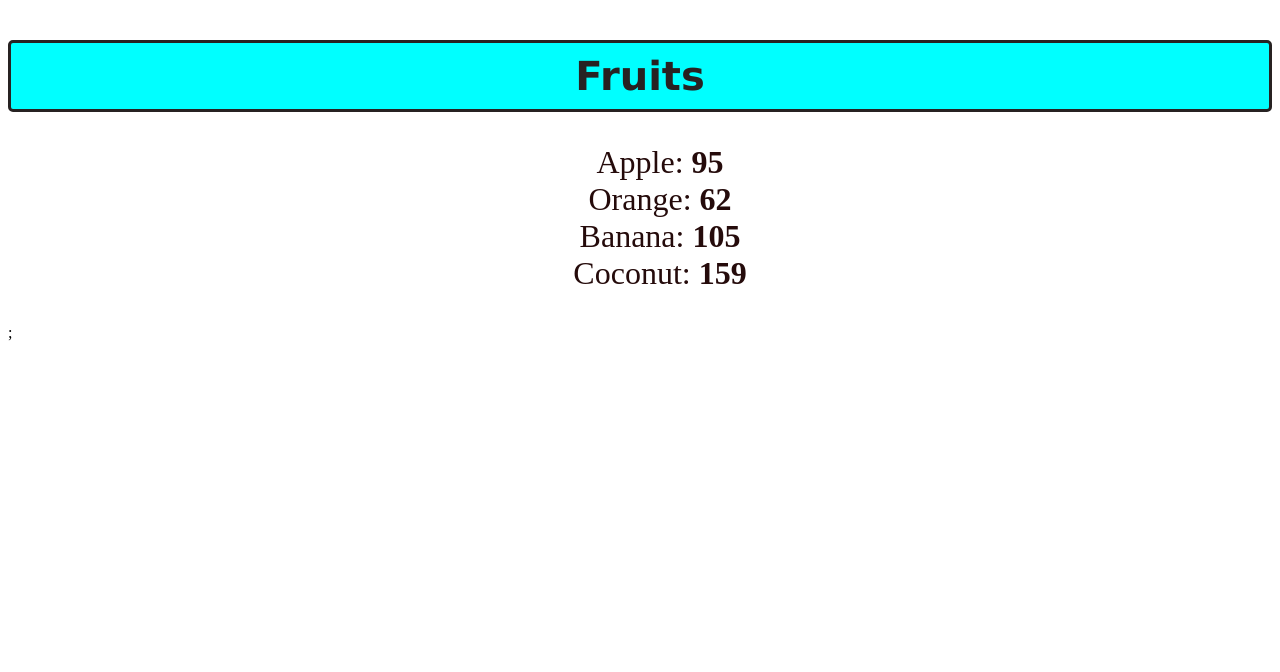
Repository: wakoya-tech/my-react-practice
Page: /
These files come from the project's save history. The page is drawn as it stood at one moment and after the next save; the edit follows.
The browser window is 1280 px wide. The pictures show the whole page.
The project was rebuilt for these pictures with package versions that can differ from the ones it lists, and the page was loaded fresh each time. Also part of the build but not shown: vite.config.js.

Above is the page before, as saved 2025-10-01 17:15:07.

After the next save:
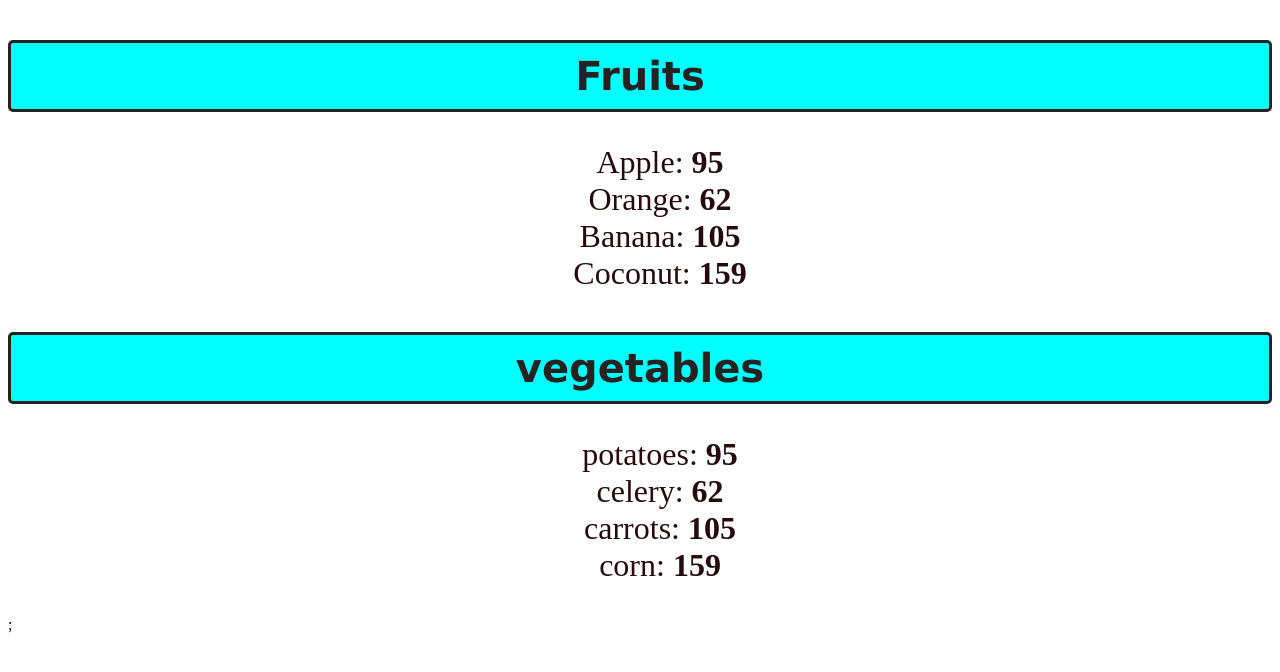
Saved 3 h 22 min later.
--- a/src/App.jsx
+++ b/src/App.jsx
@@ -8,7 +8,10 @@ function App() {
     { id: 4, name: "Coconut", calories: 159 }
   ];
   const vegetables = [
-
+    { id: 6, name: "potatoes", calories: 95 },
+    { id: 7, name: "celery", calories: 62 },
+    { id: 8, name: "carrots", calories: 105 },
+    { id: 9, name: "corn", calories: 159 }
   ];
   return (
     <>
@@ -18,4 +21,4 @@ function App() {
   );
 }
 
-export default App;
+export default App
